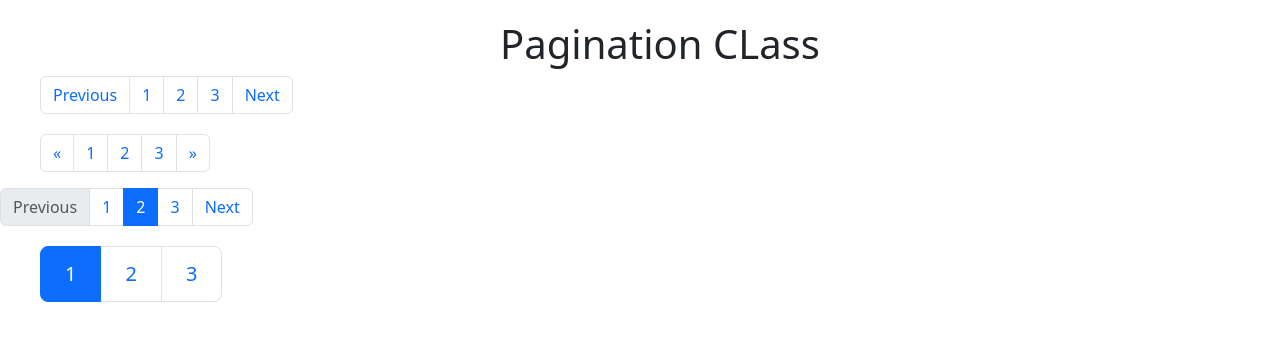
Repository: arunyerram/Web-TEChnologies
Page: Pagination.html
An editor plug-in stored every save of this project. The page is shown before and after the next save, followed by the edit.
The browser window is 1280 px wide. The pictures show the whole page.

Above is the page before, as saved 2025-02-28 11:51:53.

### Pagination.html
<!DOCTYPE html>
<html lang="en">
<head>
    <meta charset="UTF-8">
    <meta name="viewport" content="width=device-width, initial-scale=1.0">
    <title>Document</title>

    <script src="https://cdn.jsdelivr.net/npm/bootstrap@5.3.3/dist/js/bootstrap.bundle.min.js" integrity="sha384-YvpcrYf0tY3lHB60NNkmXc5s9fDVZLESaAA55NDzOxhy9GkcIdslK1eN7N6jIeHz" crossorigin="anonymous"></script>

    <link href="https://cdn.jsdelivr.net/npm/bootstrap@5.3.3/dist/css/bootstrap.min.css" rel="stylesheet" integrity="sha384-QWTKZyjpPEjISv5WaRU9OFeRpok6YctnYmDr5pNlyT2bRjXh0JMhjY6hW+ALEwIH" crossorigin="anonymous">
    <link href="Pagination.css" rel="stylesheet">
</head>
<body>

    <div class="app">
        <h1>Pagination CLass</h1>
    <nav aria-label="Page navigation example">
        <ul class="pagination">
          <li class="page-item"><a class="page-link" href="#">Previous</a></li>
          <li class="page-item"><a class="page-link" href="#">1</a></li>
          <li class="page-item"><a class="page-link" href="#">2</a></li>
          <li class="page-item"><a class="page-link" href="#">3</a></li>
          <li class="page-item"><a class="page-link" href="#">Next</a></li>
        </ul>
      </nav>
    </div>


    <div class="app">
        <nav aria-label="Page navigation example">
            <ul class="pagination">
              <li class="page-item">
                <a class="page-link" href="#" aria-label="Previous">
                  <span aria-hidden="true">&laquo;</span>
                </a>
              </li>
              <li class="page-item"><a class="page-link" href="#">1</a></li>
              <li class="page-item"><a class="page-link" href="#">2</a></li>
              <li class="page-item"><a class="page-link" href="#">3</a></li>
              <li class="page-item">
                <a class="page-link" href="#" aria-label="Next">
                  <span aria-hidden="true">&raquo;</span>
                </a>
              </li>
            </ul>
          </nav>
    </div>

    <div>
        <nav aria-label="...">
            <ul class="pagination">
              <li class="page-item disabled">
                <a class="page-link">Previous</a>
              </li>
              <li class="page-item"><a class="page-link" href="#">1</a></li>
              <li class="page-item active" aria-current="page">
                <a class="page-link" href="#">2</a>
              </li>
              <li class="page-item"><a class="page-link" href="#">3</a></li>
              <li class="page-item">
                <a class="page-link" href="#">Next</a>
              </li>
            </ul>
          </nav>
    </div>

    <div class="app">

        <nav aria-label="...">
            <ul class="pagination pagination-lg">
              <li class="page-item active" aria-current="page">
                <span class="page-link">1</span>
              </li>
              <li class="page-item"><a class="page-link" href="#">2</a></li>
              <li class="page-item"><a class="page-link" href="#">3</a></li>
            </ul>
          </nav>
    </div>
</body>
</html>

### Pagination.css
.app{
    text-align:center;
    margin-left:40px;
    margin-top: 20px;

}

After the next save:
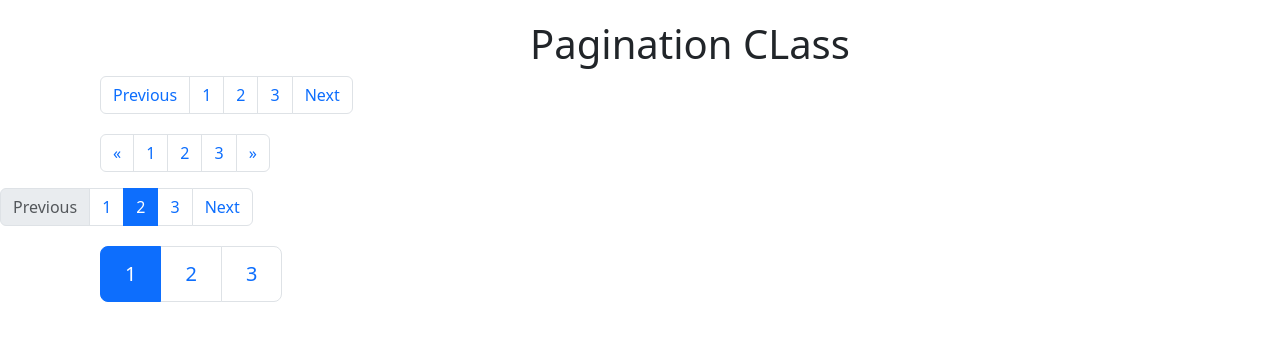
Saved 9 s later.
--- a/Pagination.css
+++ b/Pagination.css
@@ -1,6 +1,6 @@
 .app{
     text-align:center;
-    margin-left:40px;
+    margin-left:100px;
     margin-top: 20px;
 
 }
